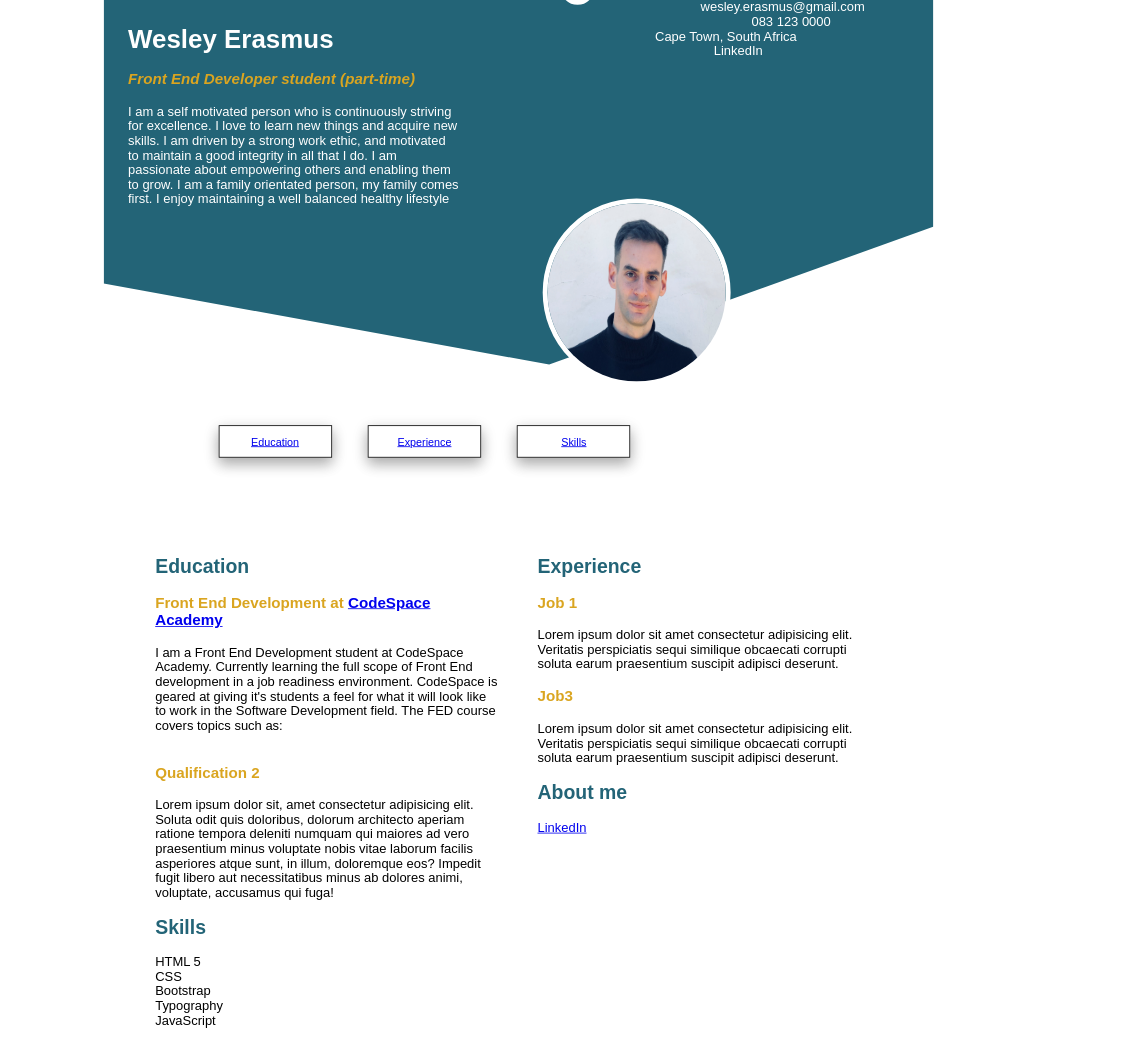
Repository: WesleyErasmus/myDigitalResume
Page: Resume-Projec-3/index.html
These files come from the project's save history. The page is drawn as it stood at one moment and after the next save; the edit follows.
The browser window is 1280 px wide. The page is 1408 px wide, so the pictures cover 1408 px, including what lies to the right of the window. The pictures show the whole page, at 81% of full size.

Above is the page before, as saved 2022-02-12 16:46:21.

### Resume-Projec-3/index.html
<!DOCTYPE html>
<html lang="en">

<head>
  <meta charset="UTF-8">
  <meta http-equiv="X-UA-Compatible" content="IE=edge">
  <meta name="viewport" content="width=device-width, initial-scale=1.0">
  <title>Hello World</title>
  <link rel="stylesheet" href="styles.css">
</head>

<body>
  <header>
    <div class="title">
          <h1>Wesley Erasmus</h1>
          <h3> <em>Front End Developer student (part-time)</em></h3>
          <p>I am a self motivated person who is continuously striving for excellence. I love to learn new things and acquire new skills. I am driven by a strong work ethic, and motivated to maintain a good integrity in all that I do. I am passionate about empowering others and enabling them to grow. I am a family orientated person, my family comes first. I enjoy maintaining a well balanced healthy lifestyle</p>
    </div>


    <ul class="contact-details">
      <li>wesley.erasmus@gmail.com <img src="svg/email.svg" alt="Gmail" style="width: 30px; height: 30px;"> </li>

      <li>083 123 0000 <img src="svg/phone.svg" alt="Cell number" style="width: 30px; height: 30px;"> </li>

      <li>Cape Town, South Africa <img src="svg/location2.svg" alt="Location" style="width: 30px; height: 30px;"> </li>

      <li>LinkedIn </a> <img src="svg/account.svg" alt="LinkedIn profile" style="width: 30px; height: 30px;"> </li>
    </ul>

  </header>

    <img id="headshot" src="images/IMG_01081.jpg" alt="Portrait image of Wesley Erasmus">



    <svg width="1024px" >
      <polygon fill="#236477" points="0,0 1024,0 1024,280 550,450 0,350"/>
  </svg>

  <nav>

    <ul class="page-links">
      <li> <button><a href="#Education">Education</a></button></li>
      <li><button><a href="#Experience">Experience</a></button></li>
      <li><button><a href="#Skills">Skills</a></button></li>
    </ul>

  </nav>

  <main>

    <div class="flex-col-1">

      <h2 class="color-headings" id="Education">Education</h2>

      <h3>Front End Development at <a href="https://www.codespace.co.za/" target="_blank">CodeSpace Academy</a> </h3>

      <p>I am a Front End Development student at CodeSpace Academy. Currently learning the full scope of Front End development in a job readiness environment. CodeSpace is geared at giving it's students a feel for what it will look like to work in the Software Development field. The FED course covers topics such as:</p>
      <br>

        <h3>Qualification 2</h3>

      <p>Lorem ipsum dolor sit, amet consectetur adipisicing elit. Soluta odit quis doloribus, dolorum architecto
        aperiam ratione tempora deleniti numquam qui maiores ad vero praesentium minus voluptate nobis vitae laborum
        facilis asperiores atque sunt, in illum, doloremque eos? Impedit fugit libero aut necessitatibus minus ab
        dolores animi, voluptate, accusamus qui fuga!</p>




      <h2 class="color-headings" id="Skills">Skills</h2>

      <ul>
        <li>HTML 5</li>
        <li>CSS</li>
        <li>Bootstrap</li>
        <li>Typography</li>
        <li>JavaScript</li>
      </ul>

  </div>


    <div class="flex-col-1">
    <h2 class="color-headings" id="Experience">Experience</h2>
    <h3>Job 1</h3>
    <p>Lorem ipsum dolor sit amet consectetur adipisicing elit. Veritatis perspiciatis sequi similique obcaecati
      corrupti soluta earum praesentium suscipit adipisci deserunt.</p>
    <h3>Job3</h3>
    <p>Lorem ipsum dolor sit amet consectetur adipisicing elit. Veritatis perspiciatis sequi similique obcaecati
      corrupti soluta earum praesentium suscipit adipisci deserunt.</p>


    <h2 class="color-headings" >About me</h2>
    <p>
      <a href="https://www.linkedin.com/feed/" target="_blank">LinkedIn</a>
    </p>
  </div>

  </main>

</body>

</html>

### Resume-Projec-3/styles.css
* {
    margin: 0;
    padding: 0;
    font-family: sans-serif;
}
body {
max-width: 1024px;
max-height: 830px;
margin: 0 auto;
}
ul {
    list-style-type: none;
}
header {
    display: flex;
    width: 100%;
    color: #fff;
    margin-bottom: 50px;
}
h3 {
    color: goldenrod;
    margin-top: 20px;
    margin-bottom: 20px;
}
.contact-details {
    width: 50%;
    text-align: right;
    list-style-type: none;
}
/* .contact-details li{
    padding: 10px;
} */

.title {
    width: 40%;
    padding: 30px;
}
img {
    position: relative;
    float: right;
    right: 250px;
    top: -90px;
    width: 220px;
    height: 220px;
    border-radius: 50%;
    border: 6px solid #fff;
}

svg {
    display: block;
    width: 1024px;
    z-index: -1;
    position: absolute;
    top: 0;
    width: 100%;
    height: 500px;
}
nav {
    margin-top: 240px ;
}
.page-links li{
    display: inline;
    background-color: #fff;
    margin: 20px;
}
button {
    color: #000;
    background-color: #fff;
    width: 140px;
    height: 40px;
    border: solid 1px black;
    box-shadow: 0 8px 16px 0 rgba(0,0,0,0.2), 0 6px 20px 0 rgba(0,0,0,0.19);
}
button:hover {
    cursor: pointer;
    background-color: #cfdfda;

}
a:visited {
    color: #173042;
  }

  a:active {
    color: blue;
  }
/* button:click {
    cursor: pointer;

} */
.color-headings {
    color: #236477;
    margin: 20px 0 20px 0;
}
.page-links{
    text-align: center;
}

main {

    margin: 80px 40px 0 40px;
    display: flex;
    flex-direction: row;
}
.flex-col-1, .flex-col-2 {
    margin: 0 auto;
    text-align: left;
    width: 45%;
    padding: 20px;

}

After the next save:
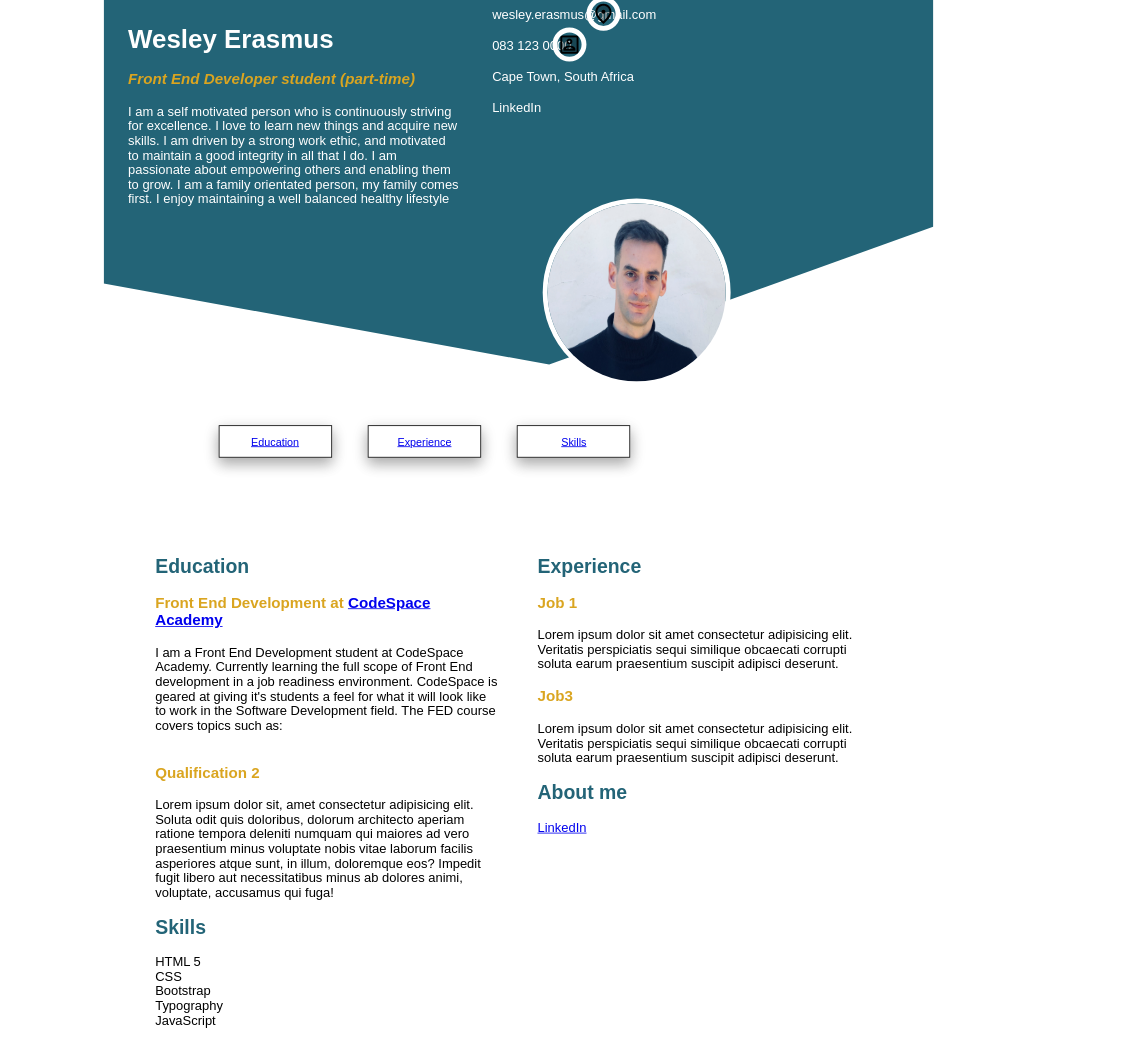
Saved 44 s later.
--- a/Resume-Projec-3/styles.css
+++ b/Resume-Projec-3/styles.css
@@ -24,12 +24,12 @@ h3 {
 }
 .contact-details {
     width: 50%;
-    text-align: right;
+    /* text-align: right; */
     list-style-type: none;
 }
-/* .contact-details li{
+.contact-details li{
     padding: 10px;
-} */
+}
 
 .title {
     width: 40%;
